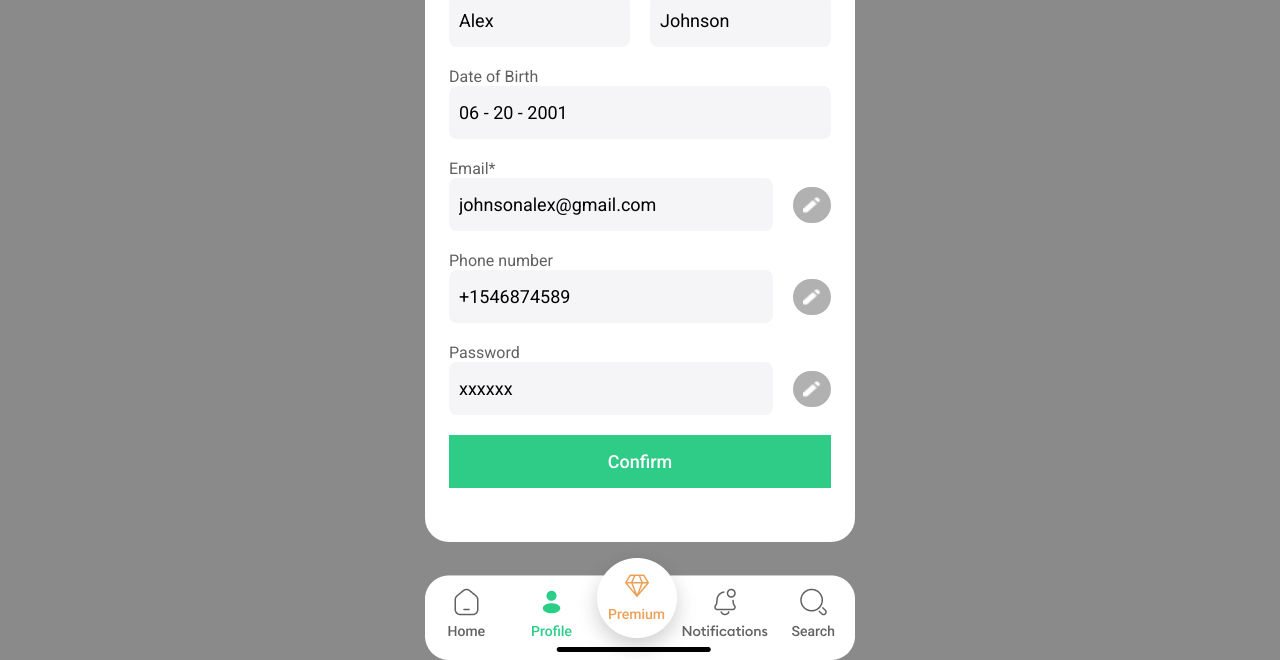
Repository: AytacSafarova/Task-figma-ui
Page: index.html
An editor plug-in stored every save of this project. The page is shown before and after a run of saves, followed by the edit.
The browser window is 1280 px wide. The pictures show the part of the page from y = 300 to 960 px (the page is 960 px tall).

Above is the page before, as saved 2023-02-25 17:37:58.

After the next 2 saves:
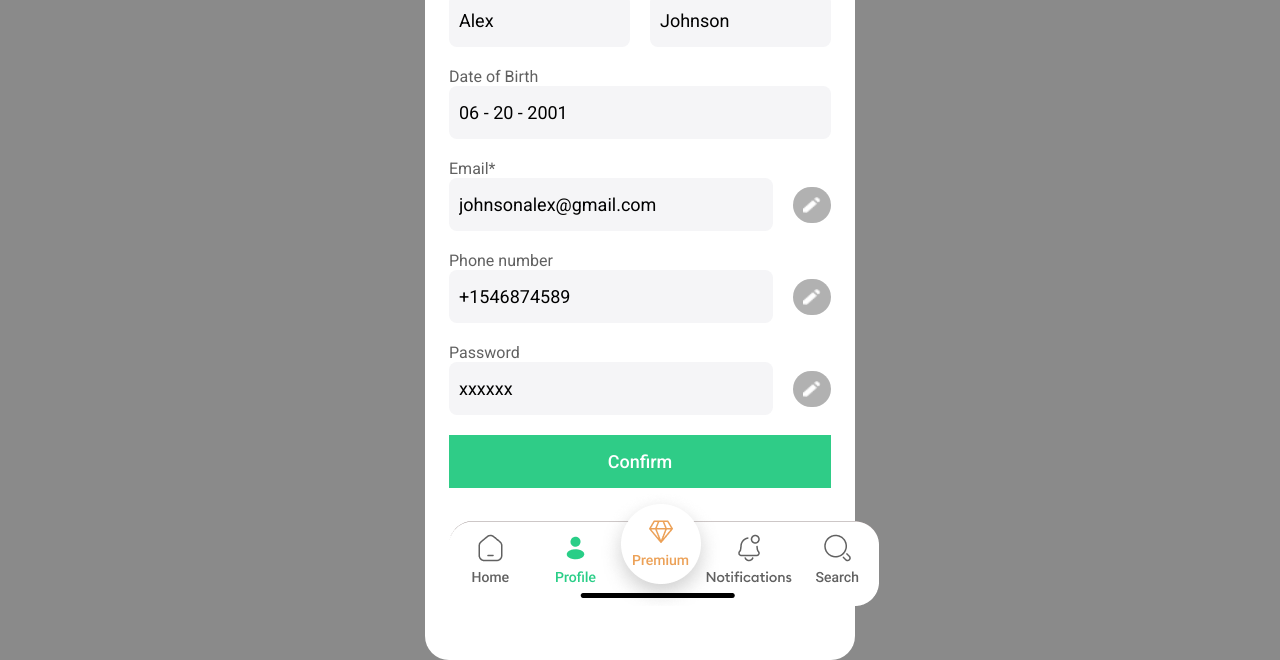
The 2 saves are shown as one change because they came seconds apart.
The last was saved 30 s later.
--- a/index.html
+++ b/index.html
@@ -91,11 +91,11 @@
 <button type="submit">Confirm</button>
 
       </form>
-
-    </div>
-    <footer>
+      <footer>
         <img src="./images/Frame 631814.png" alt="">
          </footer>
+    </div>
+
 </div>
 
   </body>

After the 2 saves that followed:
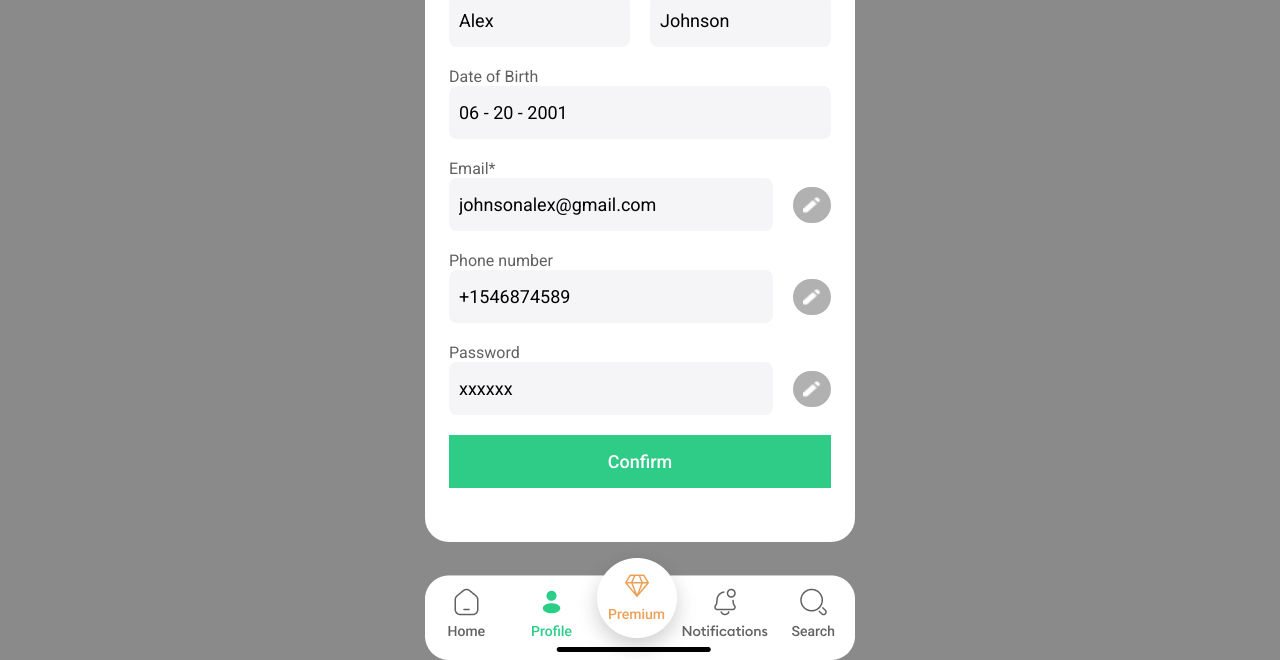
The 2 saves are shown as one change because they came seconds apart.
The last was saved 109 s later.
--- a/index.html
+++ b/index.html
@@ -91,12 +91,12 @@
 <button type="submit">Confirm</button>
 
       </form>
-      <footer>
-        <img src="./images/Frame 631814.png" alt="">
-         </footer>
-    </div>
+
 
 </div>
-
+<footer>
+    <img src="./images/Frame 631814.png" alt="">
+     </footer>
+</div>
   </body>
 </html>
